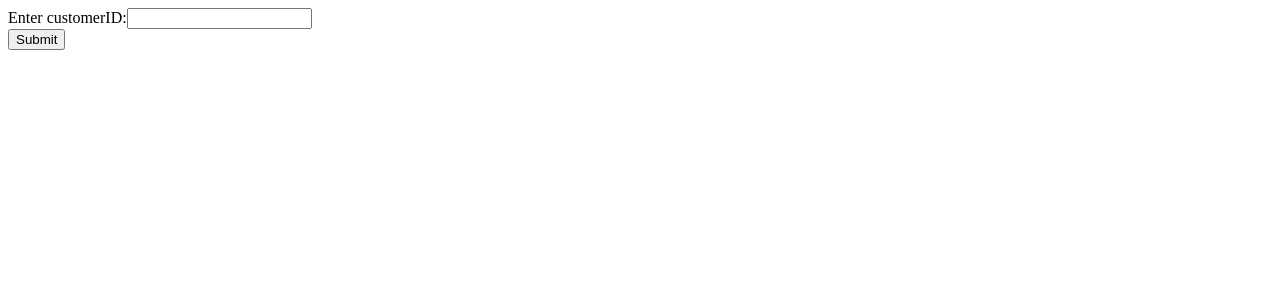
Repository: suma94/MyProjects
Page: http://localhost/SelfServiceSales/SuspendRestore.jsp
These files come from the project's save history. The page is drawn as it stood at one moment and after the next save; the edit follows.
The browser window is 1280 px wide. The pictures show the whole page.
The page is served by Tomcat 9. Other server files are loaded and not shown.

Above is the page before, as saved 2015-08-26 04:32:53.

### SelfServiceSales/WebContent/SuspendRestore.jsp
<%@ page language="java" contentType="text/html; charset=ISO-8859-1"
    pageEncoding="ISO-8859-1"%>
<!DOCTYPE html PUBLIC "-//W3C//DTD HTML 4.01 Transitional//EN" "http://www.w3.org/TR/html4/loose.dtd">
<html>
<head>
<meta http-equiv="Content-Type" content="text/html; charset=ISO-8859-1">
<link rel="stylesheet" type="text/css" href="styles.css">
<title>Insert title here</title>
</head>
<body>
<form action="Suspend" method="post">
Enter customerID:<input type="text" name="customerID"><br>
<input type="submit"  value="Submit"name="Suspend">
</form>
</body>
</html>

### SelfServiceSales/WebContent/styles.css
.vz-standard-font
{
	font-family:arial;
}
.vzh1
{
	font-family:arial;
	font-style:bold;
	font-size:28px;
	color:#B00000;
}
.vzh2
{
	font-family:arial;
	font-style:bold;
	font-size:24px;
	color:#B00000;
}
.vzh3
{
	font-family:arial;
	font-style:bold;
	font-size:21.33px;
	color:#333333;
}
.vzh4
{
	font-family:arial;
	font-style:bold;
	font-size:18.66px;
	color:#333333;

}
.vzh5
{
	font-family:arial;
	font-style:bold;
	font-size:16px;
	color:#333333;
}
.vzh6
{
	font-family:arial;
	font-style:bold;
	font-size:14.66px;
	color:#333333;
}
.vzred
{
	color:#ED1C24;
}
.vzdarkgrey
{
	color:#595A5D;
}
.vzgrey
{
	color:#D2D3D4;
}
.vzlightgrey
{
	color:#ECEDEE;
}
.vzsecondary1
{
	color:rgb(115,185,176);
}
.vzsecondary2
{
	color:rgb(259,223,76);
}
.vzsecondary3
{
	color:rgb(74,154,77);
}.vzsecondary4
{
	color:rgb(46,103,178);
}
.vzsecondary5
{
	color:rgb(196,159,57);
}
.vzsecondary6
{
	color:rgb(210,102,159);
}
.vzsecondary7
{
	color:rgb(127,52,131);
}
.vzsecondary8
{
	color:rgb(49,149,169);
}
a.vzlink:link {
     font-family:Arial; color:#0066CC; text-decoration:underline;
}

/* visited link */
a.vzlink:visited {
  font-family:Arial; color:#990099; text-decoration:none;

}

/* mouse over link */
a .vzlink:hover {
   font-family:Arial; color:#0066CC; text-decoration:underline;
}

/* selected link */
a.vzlink:active {
font-family:Arial; color:#B00000; text-decoration:none;
}

.vzbtn {
  -webkit-border-radius: 6;
  -moz-border-radius: 6;
 padding: 10px 16px;
font-size: 18px;
line-height: 1.33333;
border-radius: 6px;
margin-bottom: 0px;
font-weight: 400;
text-align: center;
white-space: nowrap;
vertical-align: middle;
cursor: pointer;
-moz-user-select: none;
background-image: none;
border: 1px solid transparent;

  font-family: Arial;
  color: #ffffff;

  background: #d51e27;

  text-decoration: none;
}
.vzbtn:focus {outline:0;}

.vzbtn:hover {
  text-decoration: none;
}
.vzbtnsmall {
  -webkit-border-radius: 3;
  -moz-border-radius: 3;
  padding: 5px 10px;
    padding-top: 5px;
    padding-right: 10px;
    padding-bottom: 5px;
    padding-left: 10px;
font-size: 12px;
line-height: 1.5;
border-radius: 3px;
display: inline-block;
margin-bottom: 0px;
font-weight: 400;
text-align: center;
white-space: nowrap;
vertical-align: middle;
cursor: pointer;
-moz-user-select: none;
background-image: none;
border: 1px solid transparent;

  font-family: Arial;
  color: #ffffff;

  background: #d51e27;

  text-decoration: none;
}
.vzbtnsmall:focus {outline:0;}

.vzbtnsmall:hover {
  text-decoration: none;
}
.vzbtnmedium {
	padding: 6px 12px;
margin-bottom: 0px;
font-size: 14px;
font-weight: 400;
line-height: 1.42857;
text-align: center;
white-space: nowrap;
vertical-align: middle;
cursor: pointer;
-moz-user-select: none;
background-image: none;
border: 1px solid transparent;
border-radius: 4px;
  -webkit-border-radius: 4;
  -moz-border-radius: 4;



  font-family: Arial;
  color: #ffffff;

  background: #d51e27;

  text-decoration: none;
}
.vzbtnmedium:focus {outline:0;}

.vzbtnmedium:hover {
  text-decoration: none;
}
.vzbtnxsmall {
	padding: 1px 5px;
    padding-top: 1px;
    padding-right: 5px;
    padding-bottom: 1px;
    padding-left: 5px;
font-size: 12px;
line-height: 1.5;
border-radius: 3px;
	display: inline-block;
margin-bottom: 0px;
font-weight: 400;
text-align: center;
white-space: nowrap;
vertical-align: middle;
cursor: pointer;
-moz-user-select: none;
background-image: none;
border: 1px solid transparent;

border-radius: 3px;
  -webkit-border-radius: 3;
  -moz-border-radius: 3;



  font-family: Arial;
  color: #ffffff;

  background: #d51e27;

  text-decoration: none;
}
.vzbtnxsmall:focus {outline:0;}

.vzbtnxsmall:hover {
  text-decoration: none;
}
.vzbtn1{
  -webkit-border-radius: 6;
  -moz-border-radius: 6;
 padding: 10px 16px;
font-size: 18px;
line-height: 1.33333;
border-radius: 6px;
margin-bottom: 0px;
font-weight: 400;
text-align: center;
white-space: nowrap;
vertical-align: middle;
cursor: pointer;
-moz-user-select: none;
background-image: none;
border: 1px solid transparent;

  font-family: Arial;
  color: #ffffff;

  background: #464a4f;

  text-decoration: none;
}
.vzbtn1:focus {outline:0;}

.vzbtn1:hover {
  text-decoration: none;
}
.vzbtn1small {
  -webkit-border-radius: 3;
  -moz-border-radius: 3;
  padding: 5px 10px;
    padding-top: 5px;
    padding-right: 10px;
    padding-bottom: 5px;
    padding-left: 10px;
font-size: 12px;
line-height: 1.5;
border-radius: 3px;
display: inline-block;
margin-bottom: 0px;
font-weight: 400;
text-align: center;
white-space: nowrap;
vertical-align: middle;
cursor: pointer;
-moz-user-select: none;
background-image: none;
border: 1px solid transparent;

  font-family: Arial;
  color: #ffffff;

  background: #464a4f;

  text-decoration: none;
}
.vzbtn1small:focus {outline:0;}

.vzbtn1small:hover {
  text-decoration: none;
}
.vzbtn1medium {
	padding: 6px 12px;
margin-bottom: 0px;
font-size: 14px;
font-weight: 400;
line-height: 1.42857;
text-align: center;
white-space: nowrap;
vertical-align: middle;
cursor: pointer;
-moz-user-select: none;
background-image: none;
border: 1px solid transparent;
border-radius: 4px;
  -webkit-border-radius: 4;
  -moz-border-radius: 4;



  font-family: Arial;
  color: #ffffff;

  background: #464a4f;

  text-decoration: none;
}
.vzbtn1medium:focus {outline:0;}

.vzbtn1medium:hover {
  text-decoration: none;
}
.vzbtn1xsmall {
	padding: 1px 5px;
    padding-top: 1px;
    padding-right: 5px;
    padding-bottom: 1px;
    padding-left: 5px;
font-size: 12px;
line-height: 1.5;
border-radius: 3px;
	display: inline-block;
margin-bottom: 0px;
font-weight: 400;
text-align: center;
white-space: nowrap;
vertical-align: middle;
cursor: pointer;
-moz-user-select: none;
background-image: none;
border: 1px solid transparent;

border-radius: 3px;
  -webkit-border-radius: 3;
  -moz-border-radius: 3;



  font-family: Arial;
  color: #ffffff;

  background: #464a4f;

  text-decoration: none;
}
.vzbtn1xsmall:focus {outline:0;}

.vzbtnx1small:hover {
  text-decoration: none;
}


.vzbtn2{
  -webkit-border-radius: 7;
  -moz-border-radius: 7;
  border-radius: 7px;

  font-family: Arial;
  color: #818181;
  font-size: 14px;
  background: #e3e6e5;
  padding: 10px 20px 10px 20px;
  text-decoration: none;
}
.vzbtn2:focus {outline:0;}
.vzbtn2:hover {
  text-decoration: none;
}
.vzbtn2{
  -webkit-border-radius: 6;
  -moz-border-radius: 6;
 padding: 10px 16px;
font-size: 18px;
line-height: 1.33333;
border-radius: 6px;
margin-bottom: 0px;
font-weight: 400;
text-align: center;
white-space: nowrap;
vertical-align: middle;
cursor: pointer;
-moz-user-select: none;
background-image: none;
border: 1px solid transparent;

  font-family: Arial;
  color: #ffffff;

  background: #e3e6e5;

  text-decoration: none;
}
.vzbtn2:focus {outline:0;}

.vzbtn2:hover {
  text-decoration: none;
}
.vzbtn2small {
  -webkit-border-radius: 3;
  -moz-border-radius: 3;
  padding: 5px 10px;
    padding-top: 5px;
    padding-right: 10px;
    padding-bottom: 5px;
    padding-left: 10px;
font-size: 12px;
line-height: 1.5;
border-radius: 3px;
display: inline-block;
margin-bottom: 0px;
font-weight: 400;
text-align: center;
white-space: nowrap;
vertical-align: middle;
cursor: pointer;
-moz-user-select: none;
background-image: none;
border: 1px solid transparent;

  font-family: Arial;
  color: #ffffff;

  background: #e3e6e5;

  text-decoration: none;
}
.vzbtn2small:focus {outline:0;}

.vzbtn2small:hover {
  text-decoration: none;
}
.vzbtn2medium {
	padding: 6px 12px;
margin-bottom: 0px;
font-size: 14px;
font-weight: 400;
line-height: 1.42857;
text-align: center;
white-space: nowrap;
vertical-align: middle;
cursor: pointer;
-moz-user-select: none;
background-image: none;
border: 1px solid transparent;
border-radius: 4px;
  -webkit-border-radius: 4;
  -moz-border-radius: 4;



  font-family: Arial;
  color: #ffffff;

  background: #e3e6e5;

  text-decoration: none;
}
.vzbtn2medium:focus {outline:0;}

.vzbtn2medium:hover {
  text-decoration: none;
}
.vzbtn2xsmall {
	padding: 1px 5px;
    padding-top: 1px;
    padding-right: 5px;
    padding-bottom: 1px;
    padding-left: 5px;
font-size: 12px;
line-height: 1.5;
border-radius: 3px;
	display: inline-block;
margin-bottom: 0px;
font-weight: 400;
text-align: center;
white-space: nowrap;
vertical-align: middle;
cursor: pointer;
-moz-user-select: none;
background-image: none;
border: 1px solid transparent;

border-radius: 3px;
  -webkit-border-radius: 3;
  -moz-border-radius: 3;



  font-family: Arial;
  color: #ffffff;

  background: #e3e6e5;

  text-decoration: none;
}
.vzbtn2xsmall:focus {outline:0;}

.vzbtnx2small:hover {
  text-decoration: none;
}

.vztext {
  display: inline-block;
  -webkit-box-sizing: content-box;
  -moz-box-sizing: content-box;
  box-sizing: content-box;
  padding: 10px 20px;
  border: 1px solid #b7b7b7;
  -webkit-border-radius: 3px;
  border-radius: 3px;
  font: normal 14px/normal Arial, Helvetica, sans-serif;
  color: rgba(40,40,40,1);
  -o-text-overflow: clip;
  text-overflow: clip;
  background: #ecf0f1;
  -webkit-box-shadow: 2px 2px 2px 0 rgba(0,0,0,0.2) inset;
  box-shadow: 2px 2px 2px 0 rgba(0,0,0,0.2) inset;
  text-shadow: 1px 1px 0 rgba(255,255,255,0.66) ;
  -webkit-transition: all 200ms cubic-bezier(0.42, 0, 0.58, 1);
  -moz-transition: all 200ms cubic-bezier(0.42, 0, 0.58, 1);
  -o-transition: all 200ms cubic-bezier(0.42, 0, 0.58, 1);
  transition: all 200ms cubic-bezier(0.42, 0, 0.58, 1);
}

.vztextarea
{

background:#ecf0f1;
color: rgba(40,40,40,1);
border:1px solid #DCDCDC;
border-radius:2px ;
font-size:12px ;
width: 222px ;
padding: 2px ;
box-shadow: 2px 2px 2px 0 rgba(0,0,0,0.2) inset;
-webkit-box-shadow: -2px 0px 8px #DCDCDC;
-moz-box-shadow: -2px 0px 8px #DCDCDC;
}
.vztextarea:focus, input:focus{
    outline: 0;
}
.vztable {
	margin:0px;padding:0px;
	width:100%;
	border:1px solid #000000;

	-moz-border-radius-bottomleft:6px;
	-webkit-border-bottom-left-radius:6px;
	border-bottom-left-radius:6px;

	-moz-border-radius-bottomright:6px;
	-webkit-border-bottom-right-radius:6px;
	border-bottom-right-radius:6px;

	-moz-border-radius-topright:6px;
	-webkit-border-top-right-radius:6px;
	border-top-right-radius:6px;

	-moz-border-radius-topleft:6px;
	-webkit-border-top-left-radius:6px;
	border-top-left-radius:6px;
}.vztable table{
    border-collapse: collapse;
        border-spacing: 0;
	width:100%;
	height:100%;
	margin:0px;padding:0px;
}.vztable tr:last-child td:last-child {
	-moz-border-radius-bottomright:6px;
	-webkit-border-bottom-right-radius:6px;
	border-bottom-right-radius:6px;
}
.vztable table tr:first-child td:first-child {
	-moz-border-radius-topleft:6px;
	-webkit-border-top-left-radius:6px;
	border-top-left-radius:6px;
}
.vztable table tr:first-child td:last-child {
	-moz-border-radius-topright:6px;
	-webkit-border-top-right-radius:6px;
	border-top-right-radius:6px;
}.vztable tr:last-child td:first-child{
	-moz-border-radius-bottomleft:6px;
	-webkit-border-bottom-left-radius:6px;
	border-bottom-left-radius:6px;
}.vztable tr:hover td{

}
.vztable tr:nth-child(odd){ background-color:#f3f3f5; }
.vztable tr:nth-child(even)    { background-color:#ffffff; }.vztable td{
	vertical-align:middle;


	border:1px solid #000000;
	border-width:0px 1px 1px 0px;
	text-align:center;
	padding:10px;
	font-size:13px;
	font-family:Arial;
	font-weight:normal;
	color:#000000;
}.vztable tr:last-child td{
	border-width:0px 1px 0px 0px;
}.vztable tr td:last-child{
	border-width:0px 0px 1px 0px;
}.vztable tr:last-child td:last-child{
	border-width:0px 0px 0px 0px;
}
.vztable tr:first-child td{
		background:-o-linear-gradient(bottom, #595a5d 5%, #595a5d 100%);	background:-webkit-gradient( linear, left top, left bottom, color-stop(0.05, #595a5d), color-stop(1, #595a5d) );
	background:-moz-linear-gradient( center top, #595a5d 5%, #595a5d 100% );
	filter:progid:DXImageTransform.Microsoft.gradient(startColorstr="#595a5d", endColorstr="#595a5d");	background: -o-linear-gradient(top,#595a5d,595a5d);

	background-color:#595a5d;
	border:0px solid #000000;
	text-align:center;
	border-width:0px 0px 1px 1px;
	font-size:14px;
	font-family:Arial;
	font-weight:bold;
	color:#ffffff;
}
.vztable tr:first-child:hover td{
	background:-o-linear-gradient(bottom, #595a5d 5%, #595a5d 100%);	background:-webkit-gradient( linear, left top, left bottom, color-stop(0.05, #595a5d), color-stop(1, #595a5d) );
	background:-moz-linear-gradient( center top, #595a5d 5%, #595a5d 100% );
	filter:progid:DXImageTransform.Microsoft.gradient(startColorstr="#595a5d", endColorstr="#595a5d");	background: -o-linear-gradient(top,#595a5d,595a5d);

	background-color:#595a5d;
}
.vztable tr:first-child td:first-child{
	border-width:0px 0px 1px 0px;
}
.vztable tr:first-child td:last-child{
	border-width:0px 0px 1px 1px;
}

.vztable1 {
	margin:0px;padding:0px;
	width:100%;
	border:1px solid #000000;

	-moz-border-radius-bottomleft:6px;
	-webkit-border-bottom-left-radius:6px;
	border-bottom-left-radius:6px;

	-moz-border-radius-bottomright:6px;
	-webkit-border-bottom-right-radius:6px;
	border-bottom-right-radius:6px;

	-moz-border-radius-topright:6px;
	-webkit-border-top-right-radius:6px;
	border-top-right-radius:6px;

	-moz-border-radius-topleft:6px;
	-webkit-border-top-left-radius:6px;
	border-top-left-radius:6px;
}.vztable1 table{
    border-collapse: collapse;
        border-spacing: 0;
	width:100%;
	height:100%;
	margin:0px;padding:0px;
}.vztable1 tr:last-child td:last-child {
	-moz-border-radius-bottomright:6px;
	-webkit-border-bottom-right-radius:6px;
	border-bottom-right-radius:6px;
}
.vztable1 table tr:first-child td:first-child {
	-moz-border-radius-topleft:6px;
	-webkit-border-top-left-radius:6px;
	border-top-left-radius:6px;
}
.vztable1 table tr:first-child td:last-child {
	-moz-border-radius-topright:6px;
	-webkit-border-top-right-radius:6px;
	border-top-right-radius:6px;
}.vztable1 tr:last-child td:first-child{
	-moz-border-radius-bottomleft:6px;
	-webkit-border-bottom-left-radius:6px;
	border-bottom-left-radius:6px;
}.vztable1 tr:hover td{

}
.vztable1 tr:nth-child(odd){ background-color:#f3f3f5; }
.vztable1 tr:nth-child(even)    { background-color:#ffffff; }.vztable1 td{
	vertical-align:middle;


	border:1px solid #000000;
	border-width:0px 1px 1px 0px;
	text-align:center;
	padding:10px;
	font-size:13px;
	font-family:Arial;
	font-weight:normal;
	color:#000000;
}.vztable1 tr:last-child td{
	border-width:0px 1px 0px 0px;
}.vztable1 tr td:last-child{
	border-width:0px 0px 1px 0px;
}.vztable1 tr:last-child td:last-child{
	border-width:0px 0px 0px 0px;
}
.vztable1 tr:first-child td{
		/* background:-o-linear-gradient(bottom, #595a5d 5%, #595a5d 100%);	background:-webkit-gradient( linear, left top, left bottom, color-stop(0.05, #595a5d), color-stop(1, #595a5d) );
	background:-moz-linear-gradient( center top, #595a5d 5%, #595a5d 100% ); */
	filter:progid:DXImageTransform.Microsoft.gradient(startColorstr="#595a5d", endColorstr="#595a5d");	background: -o-linear-gradient(top,#595a5d,595a5d);


	border:0px solid #000000;
	text-align:center;
	border-width:0px 0px 1px 1px;
	font-size:14px;
	font-family:Arial;


}
/* .vztable1 tr:first-child:hover td{
	background:-o-linear-gradient(bottom, #595a5d 5%, #595a5d 100%);	background:-webkit-gradient( linear, left top, left bottom, color-stop(0.05, #595a5d), color-stop(1, #595a5d) );
	background:-moz-linear-gradient( center top, #595a5d 5%, #595a5d 100% );
	filter:progid:DXImageTransform.Microsoft.gradient(startColorstr="#595a5d", endColorstr="#595a5d");	background: -o-linear-gradient(top,#595a5d,595a5d);

	background-color:#595a5d;
} */
.vztable1 tr:first-child td:first-child{
	border-width:0px 0px 1px 0px;
}
.vztable1 tr:first-child td:last-child{
	border-width:0px 0px 1px 1px;
}


.vzresponsive-container { position: relative; padding-bottom: 56.25%; padding-top: 30px; height: 0; overflow: hidden; }

.vzresponsive-container iframe { position: absolute; top: 0; left: 0; width: 100%; height: 100%; }
.vzlogoContainer {
  width: 20%;
}
.vzlogoContainer img {
max-width: 100%;
}
input[type=radio], input[type=checkbox] {
	    display:none;
	}
input[type=radio] + label:before {
	    content: "";
	    display: inline-block;
	    width: 15px;
	    height: 15px;
	    vertical-align:middle;
	    margin-right: 8px;
	    background-color: #aaa;
	    box-shadow: inset 0px 2px 2px rgba(0, 0, 0, .3);
	    border-radius: 8px;
	}
input[type=checkbox] + label:before {
	    content: "";
	    display: inline-block;
	    width: 15px;
	    height: 15px;
	    vertical-align:middle;
	    margin-right: 8px;
	    background-color: #aaa;
	    box-shadow: inset 0px 2px 2px rgba(0, 0, 0, .3);
	    border-radius: 4px;
	}
input[type=radio]:checked + label:before {
		content: "\2022";
		color:white;
	    background-color: #666;
		font-size:1.8em;
		text-align:center;
		line-height:14px;
		text-shadow:0px 0px 3px #eee;
	}
input[type=checkbox]:checked + label:before {
		content:"\2714";
		color:white;
	    background-color: #666;
		text-align:center;
		line-height:15px;
	    text-shadow:0px 0px 3px #eee;
	}
	.vznavbar-inverse
	{
		background-color: #FFFFFF;
		}
.vznavbar-inverse .vznavbar-nav>.vzactive>a:hover,
.vznavbar-inverse .vznavbar-nav>li>a:hover,
.vznavbar-inverse .vznavbar-nav>li>a:focus
 {
	 background-color: #FFFFFF;
	 }
.vznavbar-inverse .vznavbar-nav>.vzactive>a,
.vznavbar-inverse .vznavbar-nav>.vzopen>a,
.vznavbar-inverse .vznavbar-nav>.vzopen>a,
.vznavbar-inverse .vznavbar-nav>.vzopen>a:hover,
.vznavbar-inverse .vznavbar-nav>.vzopen>a,
.vznavbar-inverse .vznavbar-nav>.vzopen>a:hover,
.vznavbar-inverse .vznavbar-nav>.vzopen>a:focus
{
	background-color: #FFFFFF;
	}
.vzdropdown-menu
{
	background-color: #D2D3D4;
	}
.vzdropdown-menu>li>a:hover,
.vzdropdown-menu>li>a:focus
{
	background-color: #080808;
	}
.vznavbar-inverse
{
	background-image: none;
	}
.vzdropdown-menu>li>a:hover,
.vzdropdown-menu>li>a:focus
{
	background-image: none;
	}
.vznavbar-inverse {
	border-color: #d2d3d4;
	}
.vznavbar-inverse .vznavbar-brand
{
	color: #994812;
	}
.vznavbar-inverse .vznavbar-brand:hover {
	color: #ED1C24
	}
.vznavbar-inverse .vznavbar-nav>li>a
{
	color: #080808;
	}
.vznavbar-inverse .vznavbar-nav>li>a:hover,
.vznavbar-inverse .vznavbar-nav>li>a:focus
{
	color: #ED1C24;
	}
.vznavbar-inverse .vznavbar-nav>.vzactive>a,
.vznavbar-inverse .vznavbar-nav>.vzopen>a,
.vznavbar-inverse .vznavbar-nav>.vzopen>a:hover,
.vznavbar-inverse .vznavbar-nav>.vzopen>a:focus
{
	color: #ED1C24;
	}
.vznavbar-inverse .vznavbar-nav>.vzactive>a:hover,
.vznavbar-inverse .vznavbar-nav>.vzactive>a:focus
{
	color: #ED1C24;
	}
.vzdropdown-menu>li>a
{
color: #080808;
}
.vzdropdown-menu>li>a:hover,
.vzdropdown-menu>li>a:focus
{
	color: #FFFFFF;
}
.vznavbar-inverse .vznavbar-nav>.vzdropdown>a .vzcaret
{
	border-top-color: #080808;
	}
.vznavbar-inverse .vznavbar-nav>.vzdropdown>a:hover .vzcaret
 {
	 border-top-color: #ED1C24;
	 }
.vznavbar-inverse .vznavbar-nav>.vzdropdown>a .vzcaret
{
	border-bottom-color: #080808;
	}
.vznavbar-inverse .vznavbar-nav>.vzdropdown>a:hover .vzcaret
{
	border-bottom-color: #ED1C24;
	}

.inputwrap label {
    display: inline-block;
    width: 100px;
    text-align: right;
}
.select-style {
    /* border: 1px solid #ccc; */
    width: 120px;
    border-radius: 3px;
    overflow: hidden;
    background:  url("menu-icon.png") no-repeat 90% 50%;
	background-color:#d2d3d4;
}

.select-style select {
    padding: 5px 8px;
    width: 130%;
    border: none;
    box-shadow: none;
    background:transparent;
    background-image: none;
    -webkit-appearance: none;
}


.select-style select:focus {
    outline: none;
}

.wrapper         {width:100%;height:100%;margin:0 auto;background:#ffffff}
.h_iframe        {position:relative;}
.h_iframe .ratio {display:block;width:100%;height:auto;}
.h_iframe iframe {position:absolute;top:0;left:0;width:100%; height:100%;}

After the next save:
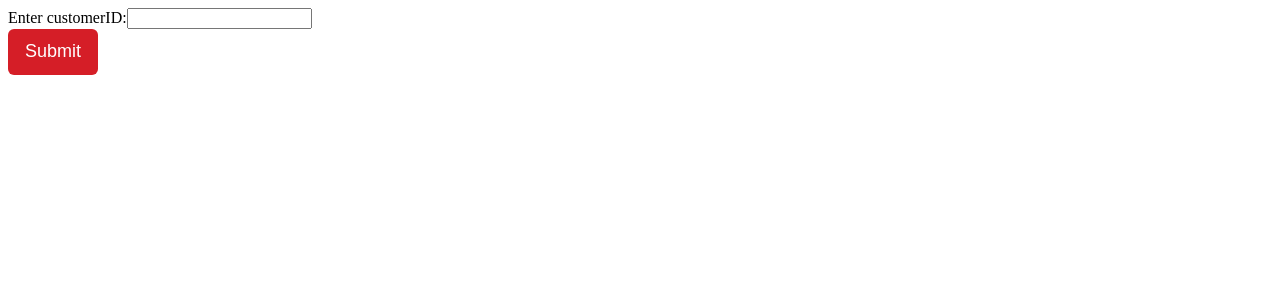
Saved 8 s later.
--- a/SelfServiceSales/WebContent/SuspendRestore.jsp
+++ b/SelfServiceSales/WebContent/SuspendRestore.jsp
@@ -10,7 +10,7 @@
 <body>
 <form action="Suspend" method="post">
 Enter customerID:<input type="text" name="customerID"><br>
-<input type="submit"  value="Submit"name="Suspend">
+<input type="submit"  value="Submit"name="Suspend" class="vzbtn">
 </form>
 </body>
 </html>
